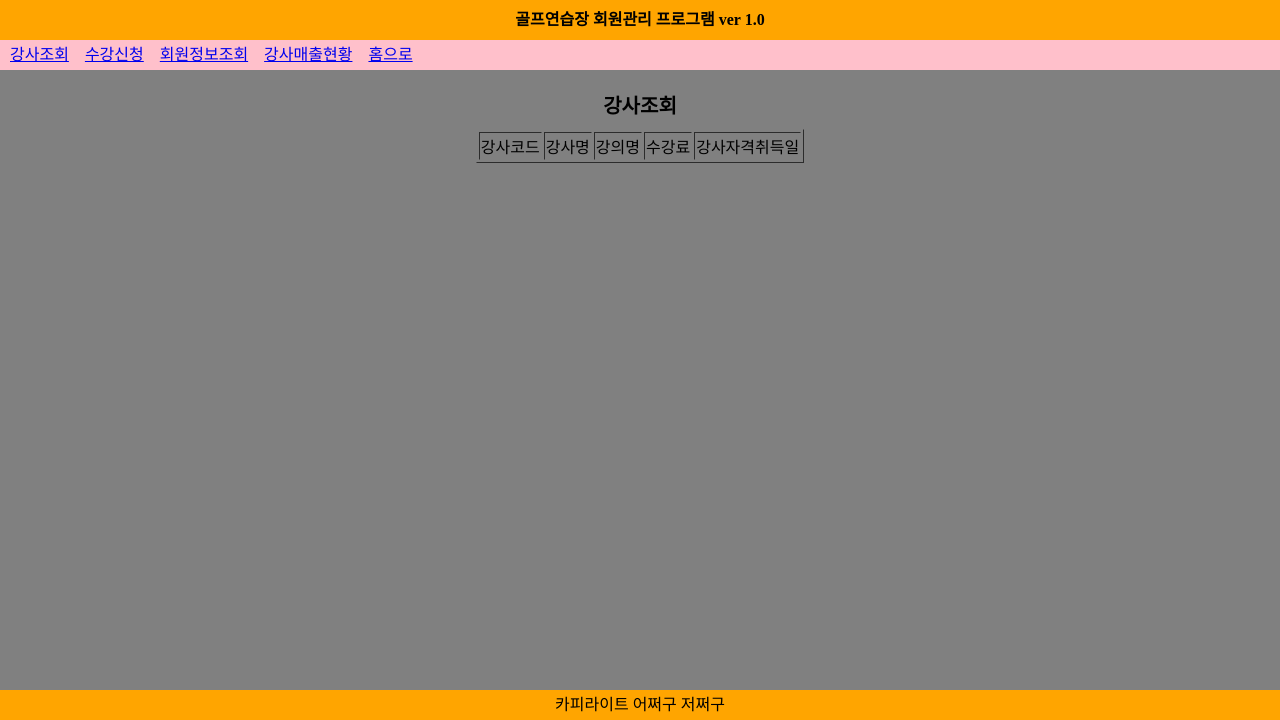
Repository: wjdwlgns1101/school_hrd
Page: http://localhost/hrd_30111_1_/t_list.jsp
These files come from the project's save history. The page is drawn as it stood at one moment and after the next save; the edit follows.
The browser window is 1280 px wide. The pictures show the whole page.
The page is served by Tomcat 9.

Above is the page before, as saved 2024-05-06 14:13:39.

### hrd_30111_(1)/hrd_30111(1)/src/main/webapp/t_list.jsp
<%@ page language="java" contentType="text/html; charset=UTF-8"
    pageEncoding="UTF-8"%>
<!DOCTYPE html>
<html>
<head>
<meta charset="UTF-8">
<title>Insert title here</title>
</head>
<body>
<jsp:include page="header.jsp"></jsp:include>
<section style="position: fixed; background-color: gray; top: 70px; text-align: center; left: 0; width: 100%; height: 100%; padding-top: 20px;">
<b style="font-size: 20px;">강사조회</b>
<div style="display: flex; justify-content: center; padding-top: 10px;">
<table border="1" >
<tr>
	<td>강사코드</td>
	<td>강사명</td>
	<td>강의명</td>
	<td>수강료</td>
	<td>강사자격취득일</td>
</tr>
</table>
</div>
</section>


<jsp:include page="footer.jsp"></jsp:include>
</body>
</html>

### hrd_30111_(1)/hrd_30111(1)/src/main/webapp/header.jsp
<%@ page language="java" contentType="text/html; charset=UTF-8"
    pageEncoding="UTF-8"%>
<!DOCTYPE html>
<html>
<head>
<meta charset="UTF-8">
<title>Insert title here</title>
</head>
<body>
<header style="position: fixed; background-color: orange; width: 100%; height: 40px; padding: 0; left: 0; top: 0; text-align: center; line-height: 40px;'">
	<b>골프연습장 회원관리 프로그램 ver 1.0</b>

<nav style="background-color: pink; text-align: left; padding-left: 10px; height: 30px; line-height: 30px;" >

	<a href="t_list.jsp">강사조회</a> &nbsp;&nbsp;
	<a href="#">수강신청</a> &nbsp;&nbsp;
	<a href="#">회원정보조회</a> &nbsp;&nbsp;
	<a href="#">강사매출현황</a> &nbsp;&nbsp;
	<a href="index.jsp">홈으로</a>

</nav>

</header>


</body>
</html>

### hrd_30111_(1)/hrd_30111(1)/src/main/webapp/footer.jsp
<%@ page language="java" contentType="text/html; charset=UTF-8"
    pageEncoding="UTF-8"%>
<!DOCTYPE html>
<html>
<head>
<meta charset="UTF-8">
<title>Insert title here</title>
</head>
<body>
<footer style="position: fixed; background-color: orange; width: 100%; height: 30px; left: 0; bottom: 0; text-align: center; line-height: 30px;">
	카피라이트 어쩌구 저쩌구
</footer>
</body>
</html>

After the next save:
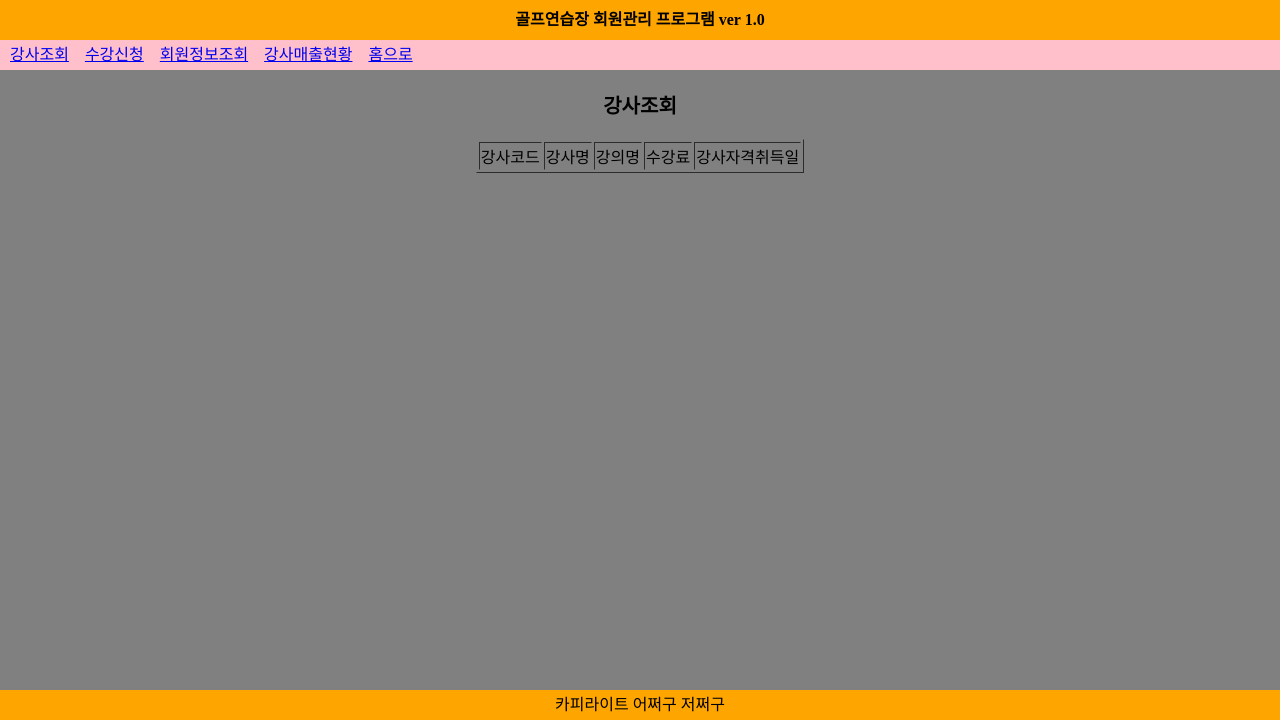
Saved 6 s later.
--- a/hrd_30111_(1)/hrd_30111(1)/src/main/webapp/t_list.jsp
+++ b/hrd_30111_(1)/hrd_30111(1)/src/main/webapp/t_list.jsp
@@ -10,7 +10,7 @@
 <jsp:include page="header.jsp"></jsp:include>
 <section style="position: fixed; background-color: gray; top: 70px; text-align: center; left: 0; width: 100%; height: 100%; padding-top: 20px;">
 <b style="font-size: 20px;">강사조회</b>
-<div style="display: flex; justify-content: center; padding-top: 10px;">
+<div style="display: flex; justify-content: center; padding-top: 20px;">
 <table border="1" >
 <tr>
 	<td>강사코드</td>
